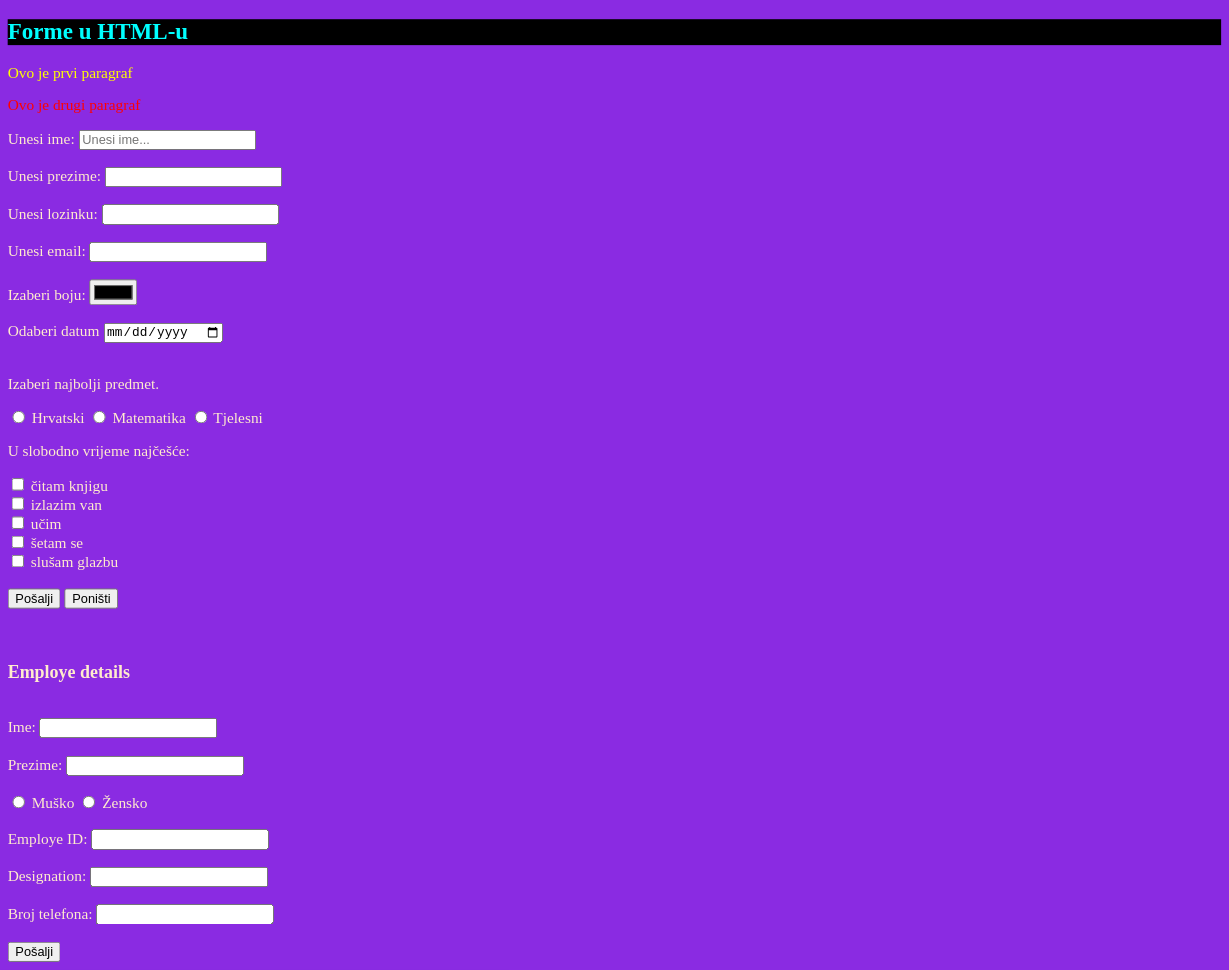
Repository: larabiondic/wp_biondic_lara
Page: forme/forme.html
An editor plug-in stored every save of this project. The page is shown before and after the next save, followed by the edit.
The browser window is 1280 px wide. The pictures show the whole page, at 96% of full size.

Above is the page before, as saved 2025-11-10 12:50:07.

### forme/forme.html
<!DOCTYPE html>
<html lang="en">
<head>
    <meta charset="UTF-8">
    <meta name="viewport" content="width=device-width, initial-scale=1.0">
    <title>Forme</title>
    <link rel="stylesheet" href="../STYLE.CSS">

</head>
<body>
    <h2>Forme u HTML-u</h2>
    <!-- INTERNAL css -->
    <!-- <style>
        h2 {color: aqua; background-color: black;

        }
        body { color: blanchedalmond; background-color: blueviolet;

        }

    </style> -->
    <p id="prvi">Ovo je prvi paragraf</p>
    <p class="drugi">Ovo je drugi paragraf</p>
    <form action="#" method="get">
        <label for="ime">Unesi ime:</label>
        <input type="text" id="Ime" placeholder="Unesi ime...">
        <br>
        <br>
        <label for="prezime">Unesi prezime:</label>
        <input type="text" id="prezime">
        <br>
        <br>
        <label for="pass">Unesi lozinku:</label>
        <input type="password" name="pass" id="pass" required>
        <br>
        <br>
        <label for="email">Unesi email:</label>
        <input type="email" name="email" id="email">
        <br>
        <br>
        <label for="color">Izaberi boju:</label>
        <input type="color" name="color" id="color">
        <br>
        <br>
        <label for="date">Odaberi datum</label>
        <input type="date" name="datum" id="datum">
        <br>
        <br>
        <p>Izaberi najbolji predmet.</p>
        <input type="radio" name="predmet" id="Hrvatski">
        <label for="Hrvatski">Hrvatski</label>
        <input type="radio" name="predmet" id="Matematika">
        <label for="Matematika">Matematika</label>
        <input type="radio" name="predmet" id="Tjelesni">
        <label for="Tjelesni">Tjelesni</label>
        <br>

        <p>U slobodno vrijeme najčešće:</p>
        <input type="checkbox" name="knjiga" id="knjiga">
        <label for="knjiga">čitam knjigu</label> <br>
        <input type="checkbox" name="izlazak" id="izlazak">
        <label for="izlazak">izlazim van</label> <br>
        <input type="checkbox" name="učenje" id="učenje">
        <label for="učenje">učim</label> <br>
        <input type="checkbox" name="šetam" id="šetam">
        <label for="šetam">šetam se</label> <br>
        <input type="checkbox" name="glazba" id="glazba">
        <label for="glazba">slušam glazbu</label>

        <br>
        <br>
        <input type="submit" value="Pošalji">
        <input type="reset" value="Poništi">
    </form>
    <br>
    <br>
    <h3>Employe details</h3>
    <br>
    <form action="#" method="get">
        <label for="ime">Ime:</label>
        <input type="text" id="Ime">
        <br>
        <br>
        <label for="prezime">Prezime:</label>
        <input type="text" id="prezime">
        <br>
        <br>
        <input type="radio" name="spol" id="Muško">
        <label for="Muško">Muško</label>
        <input type="radio" name="spol" id="Žensko">
        <label for="Žensko">Žensko</label>
        <br>
        <br>
        <label for="Employe ID">Employe ID:</label>
        <input type="text" id="Employe ID">
        <br>
        <br>
        <label for="Designation">Designation:</label>
        <input type="text" id="Designation">
        <br>
        <br>
        <label for="broj">Broj telefona:</label>
        <input type="number" name="broj" id="broj">
        <br>
        <br>
        <input type="submit" value="Pošalji">



    </form>

</body>
</html>

### STYLE.CSS

h2
 {color: aqua; background-color: black;}
 body { color: blanchedalmond; background-color: blueviolet;}


 /* pristup preko ID-a */
 #prvi {
    color: yellow;
 }


 /* pristup prekoa klase */
 .drugi {
    color: red;
 }

After the next save:
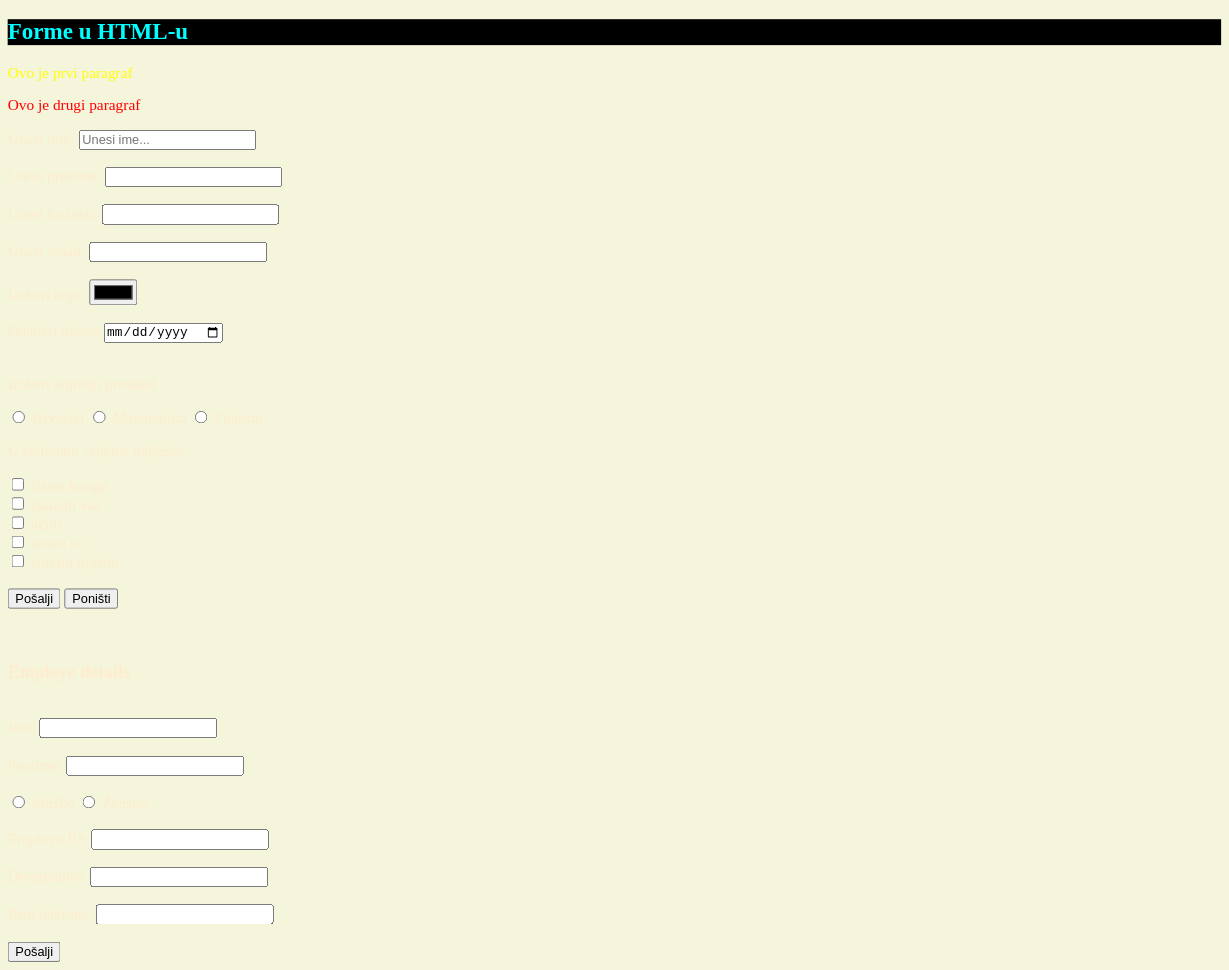
Saved 73 s later.
--- a/STYLE.CSS
+++ b/STYLE.CSS
@@ -1,7 +1,7 @@
 
 h2
  {color: aqua; background-color: black;}
- body { color: blanchedalmond; background-color: blueviolet;}
+ body { color: blanchedalmond; background-color: beige;}
 
 
  /* pristup preko ID-a */
